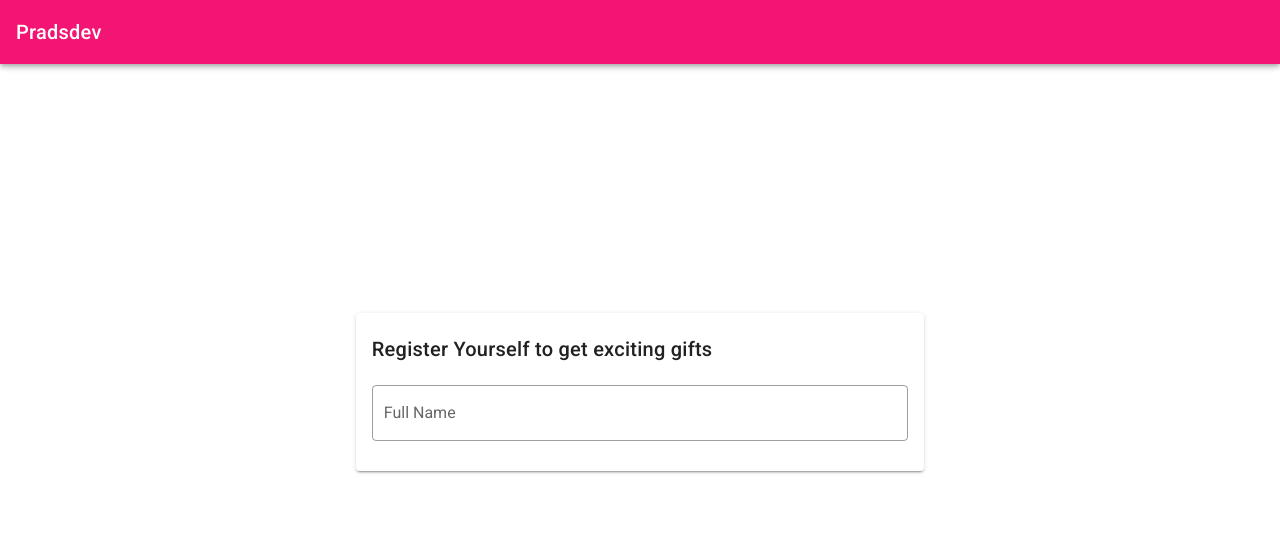
Repository: pradsdev/vue-form-validate
Page: /
An editor plug-in stored every save of this project. The page is shown before and after the next save, followed by the edit.
The browser window is 1280 px wide. The pictures show the whole page.
The project was rebuilt for these pictures with package versions that can differ from the ones it lists, and the page was loaded fresh each time. Also part of the build but not shown: vue.config.js.

Above is the page before, as saved 2020-12-21 23:03:21.

### src/App.vue
<template>
  <v-app>
    <v-app-bar
      app
      color="primary"
      dark
    >
      <div class="d-flex align-center">
        <div class="title">
          Pradsdev
        </div>
      </div>
    </v-app-bar>

    <v-main>
      <HelloWorld/>
    </v-main>
  </v-app>
</template>

<script>
import HelloWorld from './components/HelloWorld'

export default {
  name: 'App',

  components: {
    HelloWorld
  },

  data: () => ({
    //
  })
}
</script>

### src/plugins/vuetify.js
import Vue from 'vue'
import Vuetify from 'vuetify/lib/framework'

Vue.use(Vuetify)

export default new Vuetify({
  theme: {
    options: {
      customProperties: true
    },
    themes: {
      light: {
        primary: '#f31573',
        secondary: '#424242',
        accent: '#82B1FF',
        error: '#FF5252',
        info: '#2196F3',
        success: '#4CAF50',
        warning: '#FFC107'
      }
    }
  }
})

### src/components/HelloWorld.vue
<template>
  <v-container fill-height>
    <v-row class="text-center justify-center">
      <v-col cols="6">
        <v-card>
          <v-card-title class="py-5">
            Register Yourself to get exciting gifts
          </v-card-title>
          <v-form class="mx-4">
              <v-text-field outlined label="Full Name"/>
          </v-form>
        </v-card>
      </v-col>
    </v-row>
  </v-container>
</template>

<script>
export default {
  name: 'HelloWorld',

  data: () => ({
  })
}
</script>

Loaded but not shown: public/index.html (common file); src/main.js (common file)

After the next save:
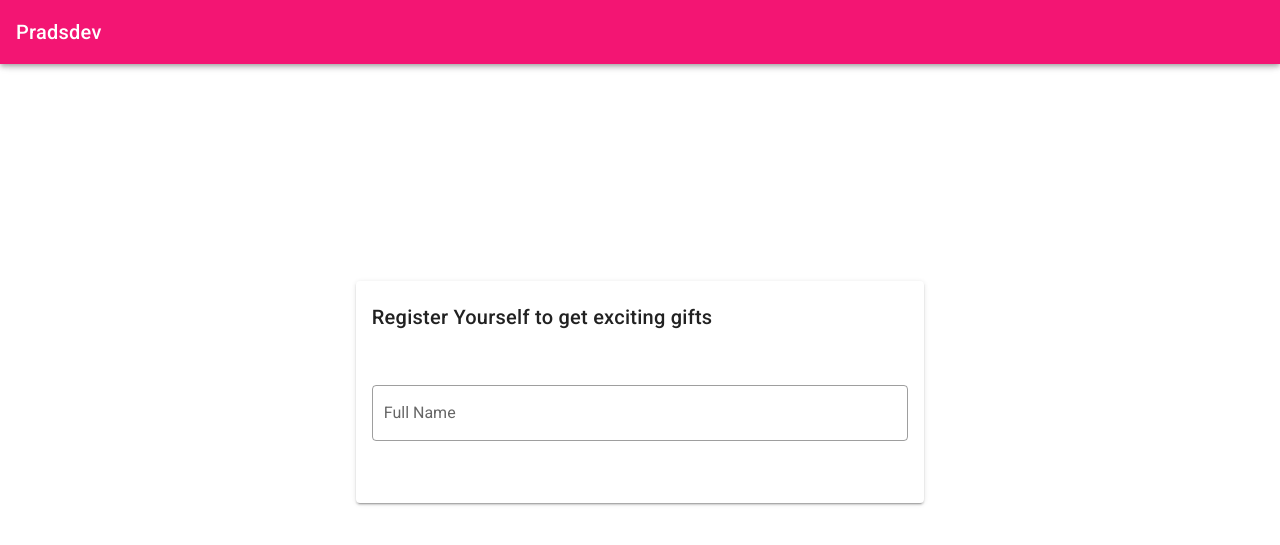
Saved 7 s later.
--- a/src/components/HelloWorld.vue
+++ b/src/components/HelloWorld.vue
@@ -6,7 +6,7 @@
           <v-card-title class="py-5">
             Register Yourself to get exciting gifts
           </v-card-title>
-          <v-form class="mx-4">
+          <v-form class="mx-4 py-8">
               <v-text-field outlined label="Full Name"/>
           </v-form>
         </v-card>
